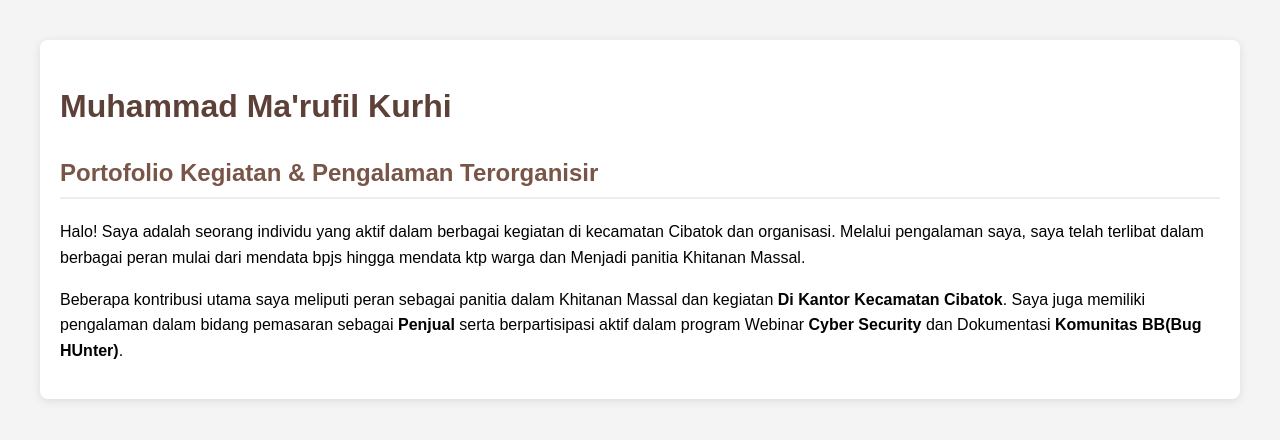
Repository: rufi1126/241552010002-Web-Application-Development
Page: p-2/latihan1.html
An editor plug-in stored every save of this project. The page is shown before and after the next save, followed by the edit.
The browser window is 1280 px wide. The pictures show the whole page.

Above is the page before, as saved 2026-02-27 17:29:56.

After the next save:
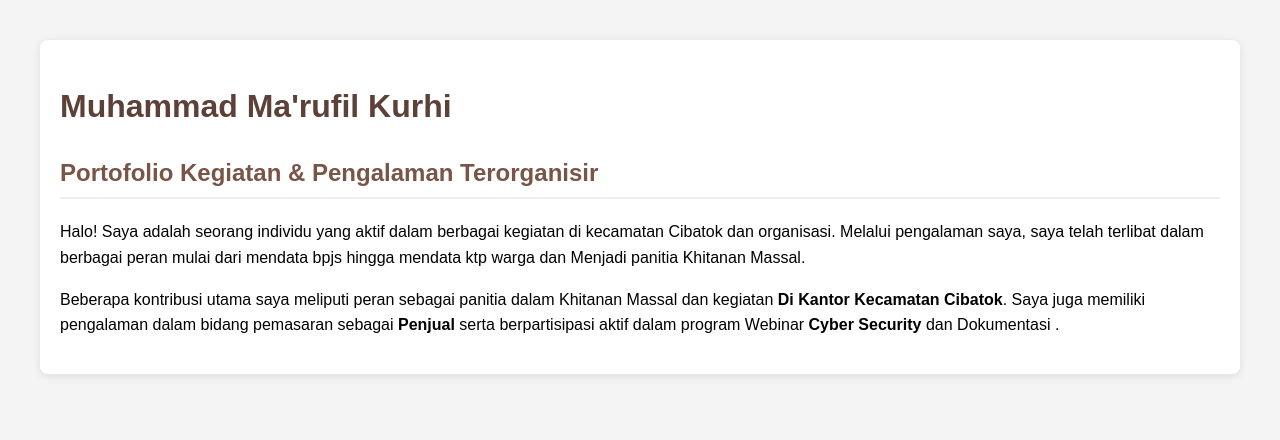
Saved 61 s later.
--- a/p-2/latihan1.html
+++ b/p-2/latihan1.html
@@ -43,7 +43,7 @@
             Beberapa kontribusi utama saya meliputi peran sebagai panitia dalam Khitanan Massal
             dan kegiatan <strong>Di Kantor Kecamatan Cibatok</strong>. Saya juga memiliki pengalaman dalam bidang pemasaran
             sebagai <strong>Penjual</strong> serta berpartisipasi aktif dalam program Webinar
-            <strong>Cyber Security</strong> dan Dokumentasi <strong>Komunitas BB(Bug HUnter)</strong>.
+            <strong>Cyber Security</strong> dan Dokumentasi <strong></strong>.
         </p>
     </div>
 
